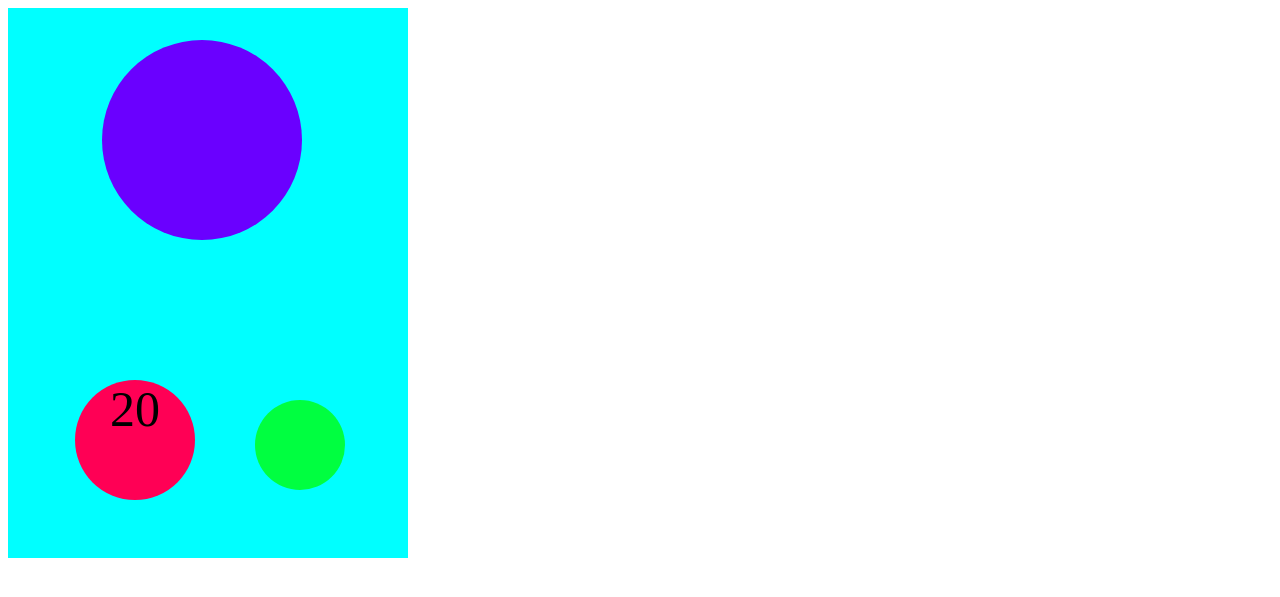
Repository: sara55m/Counter_App
Page: index.html
The author's editor kept a copy of each file at every save. The page is drawn from the files as they stood at one save, then again after the next save.
The browser window is 1280 px wide. The pictures show the whole page.
After loading, the first visible `#increase` was clicked once.

Above is the page before, as saved 2024-07-30 02:35:05.

After the next save:
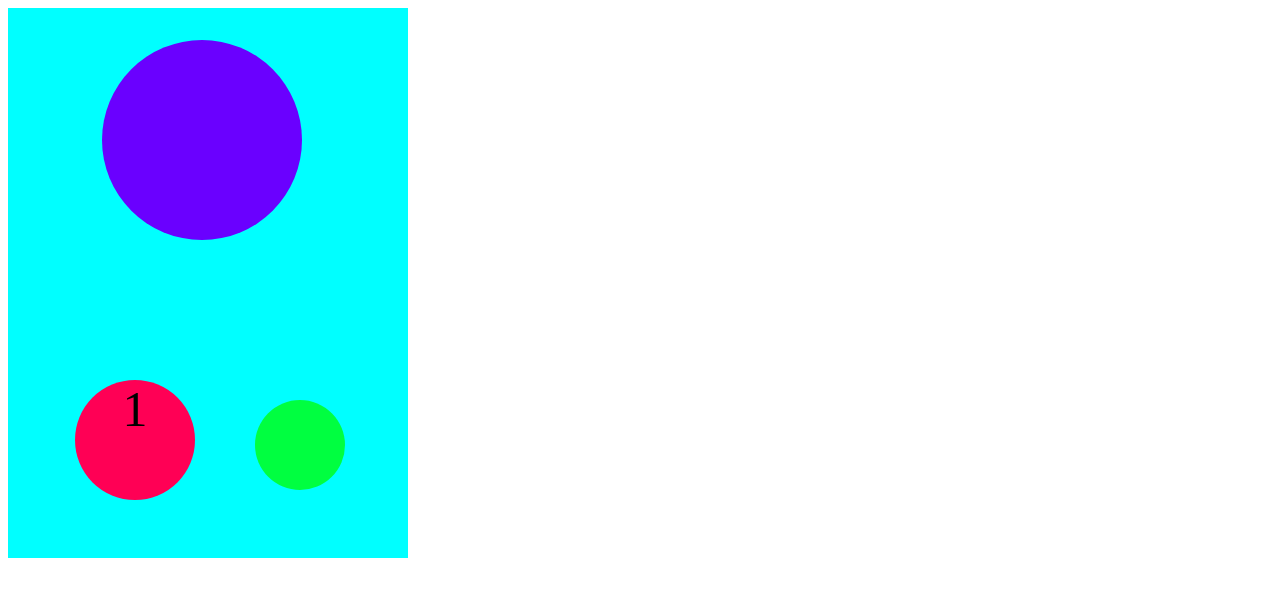
Saved 47 min 16 s later.
--- a/js/script.js
+++ b/js/script.js
@@ -1,9 +1,11 @@
+let count=0;
+let count1=0;
 function increase(){
-    let count=0;
+    count+=1;
+    count1+=1;
     document.getElementById("increase").innerHTML=count;
-    while(count<20){
-        document.getElementById("increase").innerHTML=++count;
-    }
+    document.getElementById("increase").innerHTML=count1;
+
 
     //let count=0;
     //let count1=0;
